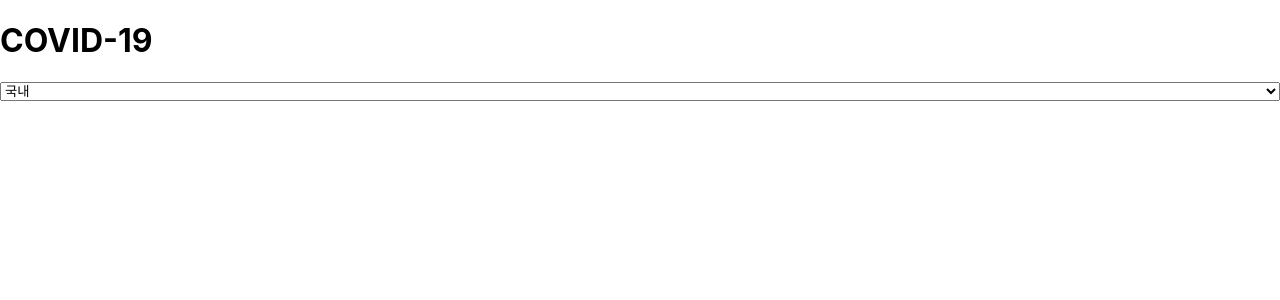
Repository: WOOBINKIM930518/test
Page: /
These files come from the project's save history. The page is drawn as it stood at one moment and after the next save; the edit follows.
The browser window is 1280 px wide. The pictures show the whole page.
The project was rebuilt for these pictures with package versions that can differ from the ones it lists, and the page was loaded fresh each time.

Above is the page before, as saved 2022-01-12 21:55:09.

### src/App.css
.App{
  display: flex;
  flex-direction: column;
}

### src/components/Header.js
import React from "react";

const Header = () => {
  return (
    <header className="App">
      <h1>COVID-19 </h1>
      <select>
        <option>국내</option>
        <option>세계</option>
      </select>
    </header>
  );
};

export default Header;

Loaded but not shown: public/index.html (common file); src/index.js (common file); src/index.css (common file); src/App.js (common file); src/reportWebVitals.js (common file)

After the next save:
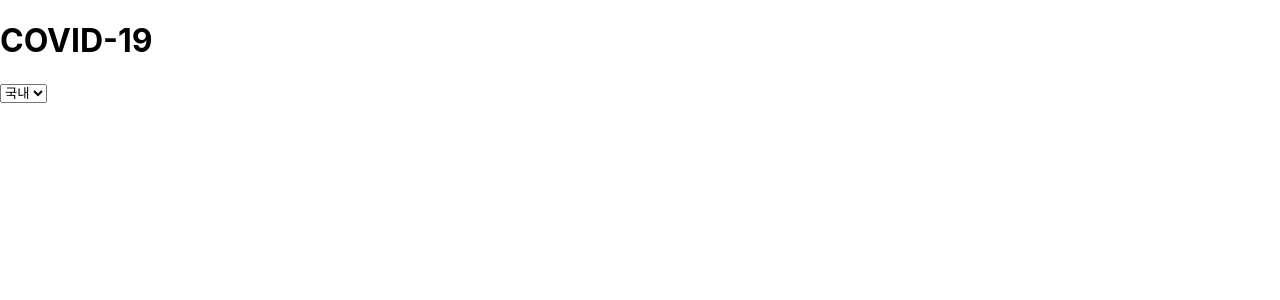
Saved 32 s later.
--- a/src/components/Header.js
+++ b/src/components/Header.js
@@ -2,7 +2,7 @@ import React from "react";
 
 const Header = () => {
   return (
-    <header className="App">
+    <header className="header">
       <h1>COVID-19 </h1>
       <select>
         <option>국내</option>
